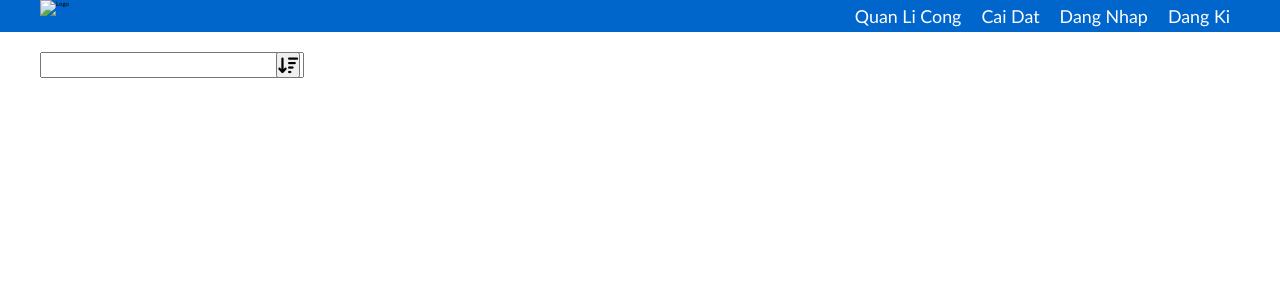
Repository: LDDUNG2003/a
Page: index.html
These files come from the project's save history. The page is drawn as it stood at one moment and after the next save; the edit follows.
The browser window is 1280 px wide. The pictures show the whole page.
Some web libraries are served in a nearby version.

Above is the page before, as saved 2023-10-12 14:30:00.

### index.html
<!DOCTYPE html>
<html lang="en">

<head>
    <meta charset="UTF-8">
    <meta name="viewport" content="width=device-width, initial-scale=1.0">
    <title>Document</title>
    <link rel="stylesheet" href="./controlView/css/base.css">
    <link rel="stylesheet" href="./controlView/css/index.css">
</head>

<body>
    <div class="main">
        <div class="header">
            <div class="navBar">
                <img src="" alt="Logo">
                <ul class="navBar-list">
                    <li class="navBar-list--item">
                        <a href="./" class="navBar-list--link">quan li cong</a>
                    </li>
                    <li class="navBar-list--item">
                        <a href="./" class="navBar-list--link">cai dat</a>
                    </li>
                    <li class="navBar-list--item">
                        <a href="./" class="navBar-list--link">dang nhap</a>
                    </li>
                    <li class="navBar-list--item">
                        <a href="./" class="navBar-list--link">dang ki</a>
                    </li>
                </ul>
            </div>
        </div>
        <div class="content">
            <div class="heading-content">
                <div class="heading-search">
                    <input class="search-input" type="text">
                    <button class="search-btn">
                        <i style="font-size: 1.8rem;" class="fa-solid fa-arrow-down-wide-short" style="color: #eeeeec;"></i>
                    </button>
                </div>
            </div>
        </div>
    </div>
    <script src="https://kit.fontawesome.com/9ffed7d99e.js" crossorigin="anonymous"></script>
</body>

</html>

### controlView/css/base.css
:root {
    --primary-color: #0066cc;
    --text-color: #414141;
}

* {
    padding: 0px;
    margin: 0px;
    font-size: 0.62rem;
    font-family: 'Trebuchet MS', 'Lucida Sans Unicode', 'Lucida Grande', 'Lucida Sans', Arial, sans-serif;
}

.main {
    width: 100%;
    margin: auto;
}

.header {
    width: 100%;
    background-color: var(--primary-color);
}

.navBar {
    width: 100%;
    max-width: 1200px;
    margin: auto;
    display: flex;
    justify-content: space-between;
}

.navBar-list {
    display: flex;
    list-style: none;
    font-size: 1.6rem;
}

.navBar-list--item {}

.navBar-list--link:hover {
    background-color: #fff;
    color: black;
}

.navBar-list--link {
    color: #fff;
    font-size: 1.8rem;
    font-weight: 500;
    text-decoration: none;
    text-transform: capitalize;
    padding: 5px 10px;
    display: block;
}

.content {
    width: 100%;
    max-width: 1200px;
    margin: auto;
    padding-top: 20px;
}

### controlView/css/index.css
.heading-content {
    position: relative;
}

.heading-search {
    width: 260px;
    position: relative;
}

.search-input {
    font-size: 1.6px;
    padding: 10px;
    width: 240px;
}

.search-btn {
    font-size: 1.8rem;
    position: absolute;
    top: 0px;
    right: 0px;
}

After the next save:
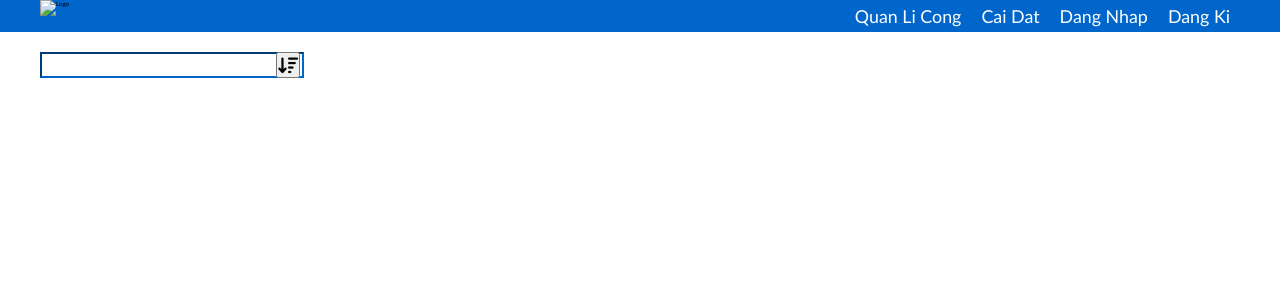
Saved 18 s later.
--- a/controlView/css/index.css
+++ b/controlView/css/index.css
@@ -11,6 +11,7 @@
     font-size: 1.6px;
     padding: 10px;
     width: 240px;
+    border-color: var(--primary-color);
 }
 
 .search-btn {
